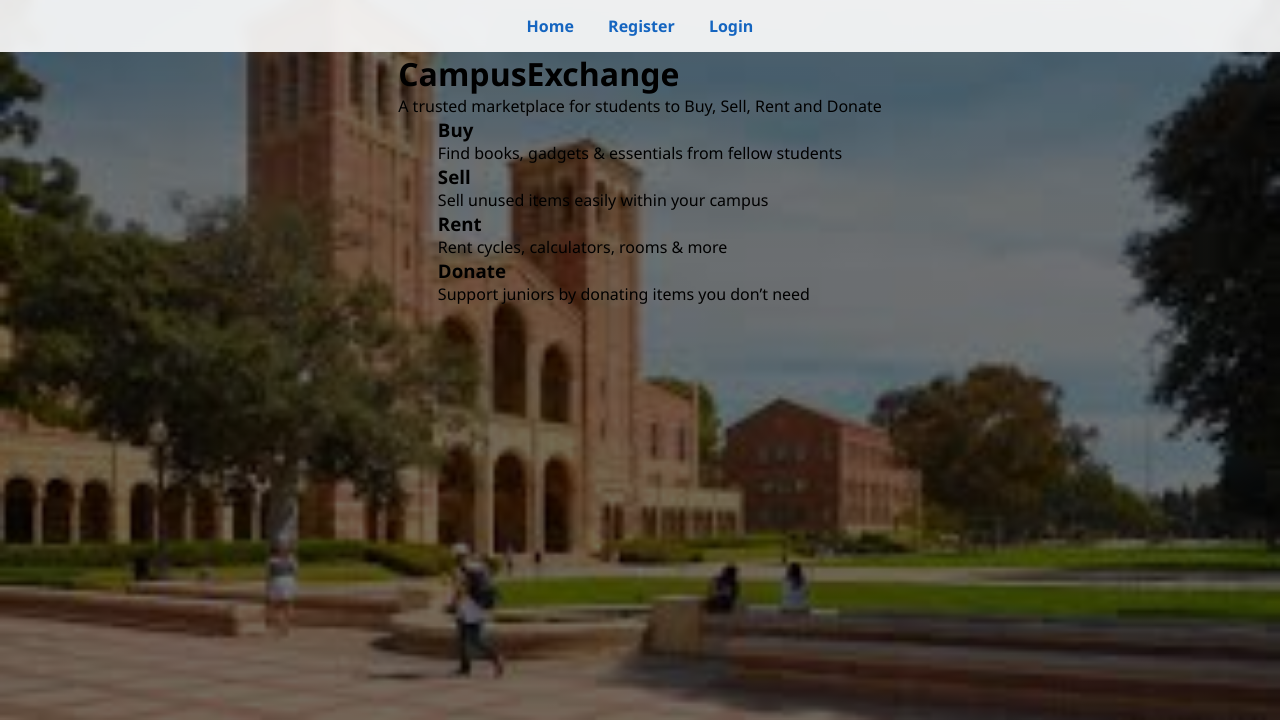
Repository: Sanjaya1822/Campus-Exchange
Page: http://localhost/CampusExchange/
An editor plug-in stored every save of this project. The page is shown before and after the next save, followed by the edit.
The browser window is 1280 px wide. The pictures show the whole page.
The page is served by Tomcat 9. Other server files are loaded and not shown.

Above is the page before, as saved 2026-02-01 04:49:40.

### CampusExchange/src/main/webapp/index.jsp
<%@ page language="java" contentType="text/html; charset=UTF-8" %>
<!DOCTYPE html>
<html>
<head>
    <title>CampusExchange</title>
    <link rel="stylesheet" href="css/style.css">

</head>
<body>

<!-- NAVBAR -->
<div class="navbar">
    <a href="index.jsp">Home</a>
    <a href="register.jsp">Register</a>
    <a href="login.jsp">Login</a>
</div>

<!-- HERO SECTION -->
<div class="hero">
    <h1>CampusExchange</h1>
    <p>A trusted marketplace for students to Buy, Sell, Rent and  Donate</p>
</div>

<!-- FEATURES -->
<div class="features">

    <div class="feature-card">
        <i class="fa fa-shopping-cart"></i>
        <h3>Buy</h3>
        <p>Find books, gadgets & essentials from fellow students</p>
    </div>

    <div class="feature-card">
        <i class="fa fa-tags"></i>
        <h3>Sell</h3>
        <p>Sell unused items easily within your campus</p>
    </div>

    <div class="feature-card">
        <i class="fa fa-home"></i>
        <h3>Rent</h3>
        <p>Rent cycles, calculators, rooms & more</p>
    </div>

    <div class="feature-card">
        <i class="fa fa-heart"></i>
        <h3>Donate</h3>
        <p>Support juniors by donating items you don’t need</p>
    </div>

</div>

</body>


</html>

### CampusExchange/src/main/webapp/css/style.css
/* ================= RESET ================= */
* {
    margin: 0;
    padding: 0;
    box-sizing: border-box;
    font-family: "Segoe UI", Arial, sans-serif;
}

/* ================= BACKGROUND IMAGE + OVERLAY ================= */
body {
    min-height: 100vh;
    background:
        linear-gradient(rgba(0, 0, 0, 0.55), rgba(0, 0, 0, 0.55)),
        url("../images/bg.jpg") no-repeat center center / cover;
    display: flex;
    flex-direction: column;
    align-items: center;
}

/* ================= NAVBAR ================= */
.navbar {
    width: 100%;
    padding: 15px;
    text-align: center;
    background: rgba(255,255,255,0.9);
    backdrop-filter: blur(6px);
}

.navbar a {
    margin: 0 15px;
    text-decoration: none;
    color: #1565c0;
    font-weight: 600;
}

/* ================= FLOATING CARD ================= */
.container {
    width: 420px;
    margin-top: 90px;
    background: rgba(255,255,255,0.95);
    padding: 35px;
    border-radius: 14px;
    box-shadow: 0 25px 40px rgba(0,0,0,0.35);
    animation: floatCard 1.2s ease;
}

/* Floating animation */
@keyframes floatCard {
    from {
        transform: translateY(40px);
        opacity: 0;
    }
    to {
        transform: translateY(0);
        opacity: 1;
    }
}

/* ================= HEADINGS ================= */
.container h1,
.container h2 {
    text-align: center;
    margin-bottom: 25px;
    color: #0d47a1;
}

/* ================= INPUT WITH ICON ================= */
.input-group {
    position: relative;
    margin-bottom: 18px;
}

.input-group i {
    position: absolute;
    top: 50%;
    left: 12px;
    transform: translateY(-50%);
    color: #777;
    font-size: 16px;
}

.input-group input {
    width: 100%;
    padding: 12px 12px 12px 40px;
    border-radius: 8px;
    border: 1px solid #ccc;
    font-size: 15px;
}

.input-group input:focus {
    outline: none;
    border-color: #1976d2;
    box-shadow: 0 0 6px rgba(25,118,210,0.4);
}

/* ================= BUTTON ================= */
button,
input[type="submit"] {
    width: 100%;
    padding: 12px;
    background: #1976d2;
    color: white;
    border: none;
    border-radius: 8px;
    font-size: 16px;
    font-weight: 600;
    cursor: pointer;
    transition: transform 0.2s ease, background 0.2s ease;
}

button:hover,
input[type="submit"]:hover {
    background: #0d47a1;
    transform: translateY(-2px);
}

/* ================= LINKS ================= */
.link {
    text-align: center;
    margin-top: 18px;
}

.link a {
    color: #1976d2;
    text-decoration: none;
    font-weight: 600;
}

/* ================= SUCCESS & ERROR MESSAGES ================= */
.success {
    background: #e8f5e9;
    color: #2e7d32;
    padding: 12px;
    border-radius: 8px;
    margin-bottom: 15px;
    text-align: center;
    font-weight: 600;
}

.error {
    background: #ffebee;
    color: #c62828;
    padding: 12px;
    border-radius: 8px;
    margin-bottom: 15px;
    text-align: center;
    font-weight: 600;
}

After the next save:
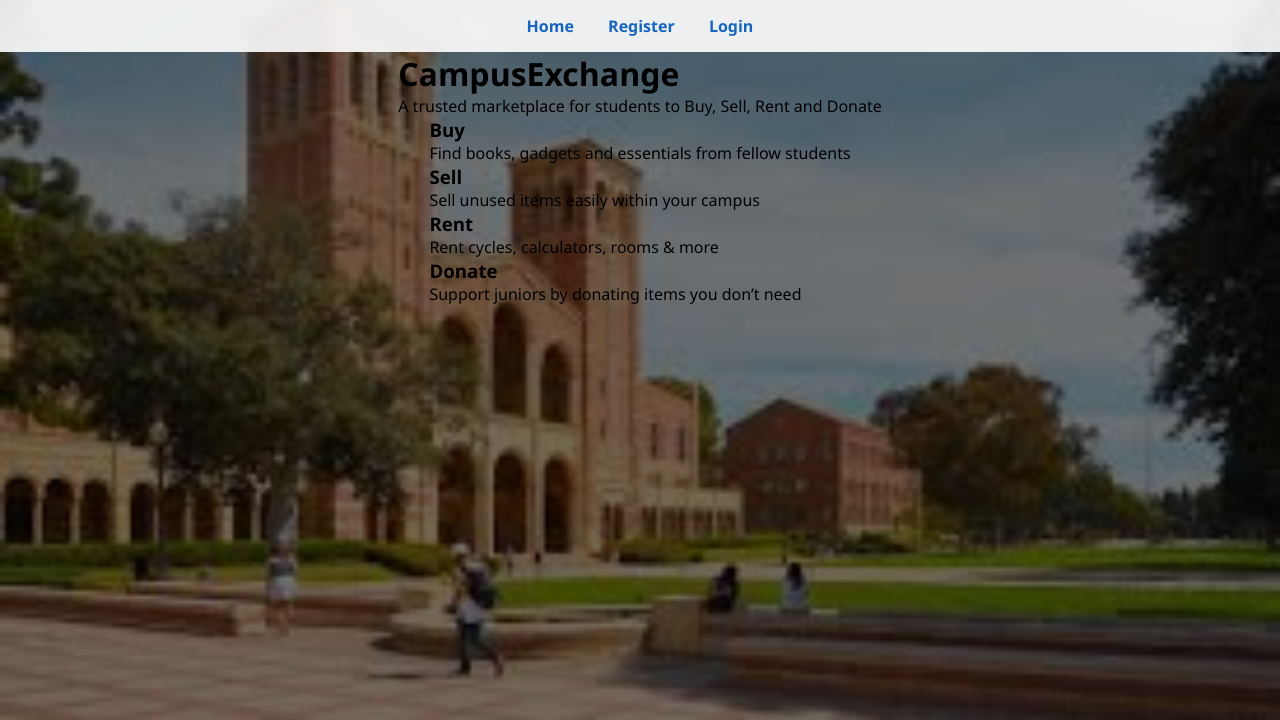
Saved 5 s later.
--- a/CampusExchange/src/main/webapp/index.jsp
+++ b/CampusExchange/src/main/webapp/index.jsp
@@ -27,7 +27,7 @@
     <div class="feature-card">
         <i class="fa fa-shopping-cart"></i>
         <h3>Buy</h3>
-        <p>Find books, gadgets & essentials from fellow students</p>
+        <p>Find books, gadgets and essentials from fellow students</p>
     </div>
 
     <div class="feature-card">
